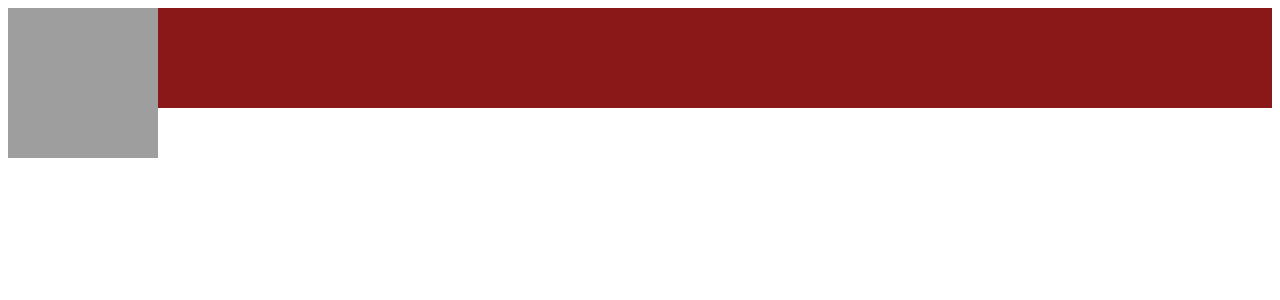
Repository: ZHANG-0714/experiment
Page: /
An editor plug-in stored every save of this project. The page is shown before and after the next save, followed by the edit.
The browser window is 1280 px wide. The pictures show the whole page.
Pictures or frames that could not be fetched are drawn as grey boxes. The project was rebuilt for these pictures with package versions that can differ from the ones it lists, and the page was loaded fresh each time.

Above is the page before, as saved 2020-06-01 11:24:29.

### src/views/Home.vue
<template>
 <div>
   <Exper></Exper>

 </div>
</template>

<script>

import Exper from '../components/Nav/Exper'

 export default {
   name: '',
   props: {
   },
   components: {
     Exper

   },
   data () {
     return {

     }
   },
   methods: {

   },
   mounted() {

   },
   watch: {

   },
   computed: {

   }
 }
</script>

<style scoped lang='scss'>
*{
  margin: 0;
  padding: 0;
}

</style>

### src/components/Nav/Exper.vue
<template>
<!-- 导航栏 -->

 <div>
     <div class="exper">
       <Prog></Prog>

     </div>

 </div>

</template>

<script>
import Prog from '../Nav/Prog'

 export default {
   name: '',
   props: {
   },
   components: {
     Prog

   },
   data () {
     return {

     }
   },
   methods: {

   },
   mounted() {

   },
   watch: {

   },
   computed: {

   }
 }
</script>

<style scoped lang='scss'>
.exper{
    width: 100%;
    height: 100px;
    background-color: rgb(138, 24, 24); //#F9F9F9
}

</style>

### src/components/Nav/Prog.vue
<template>
<!-- 实验楼 -->
 <div>
     <img src="https://static.shiyanlou.com/frontend/dist/img/9f43b00.svg" alt="" class="img">


 </div>
</template>

<script>
 export default {
   name: '',
   props: {
   },
   components: {

   },
   data () {
     return {

     }
   },
   methods: {

   },
   mounted() {

   },
   watch: {

   },
   computed: {

   }
 }
</script>

<style scoped lang='scss'>
.img{
    width: 150px;
    height: 150px;
}

</style>

Loaded but not shown: public/index.html (common file); src/main.js (common file); src/App.vue (common file); src/router/index.js (common file); src/store/index.js (common file)

After the next save:
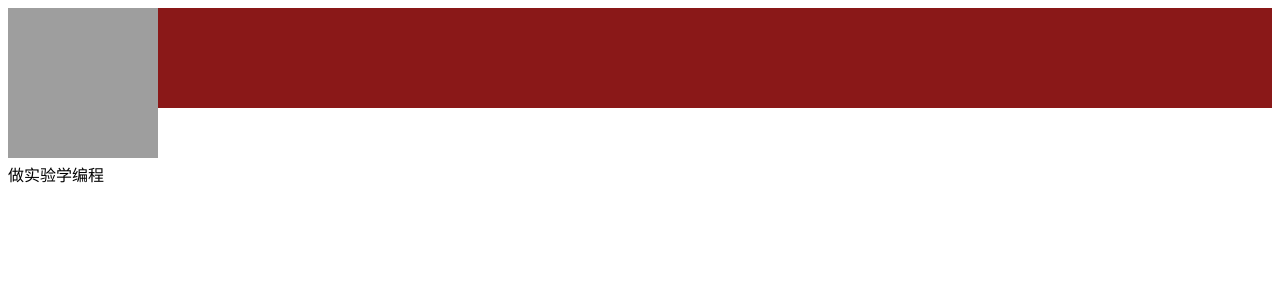
Saved 2 min 22 s later.
--- a/src/components/Nav/Prog.vue
+++ b/src/components/Nav/Prog.vue
@@ -2,6 +2,7 @@
 <!-- 实验楼 -->
  <div>
      <img src="https://static.shiyanlou.com/frontend/dist/img/9f43b00.svg" alt="" class="img">
+     <div>做实验学编程</div>
 
 
  </div>
